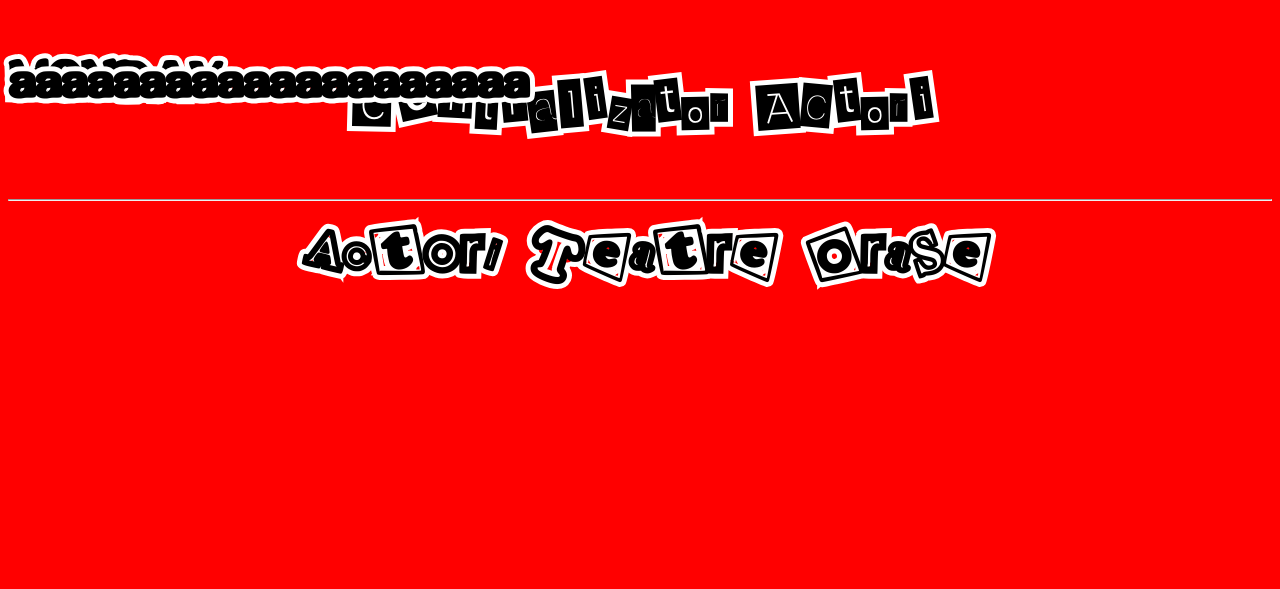
Repository: SusStefan/ActorDB
Page: Actori/src/main/webapp/index.html
An editor plug-in stored every save of this project. The page is shown before and after the next save, followed by the edit.
The browser window is 1280 px wide. The pictures show the whole page.

Above is the page before, as saved 2025-12-12 22:42:41.

After the next save:
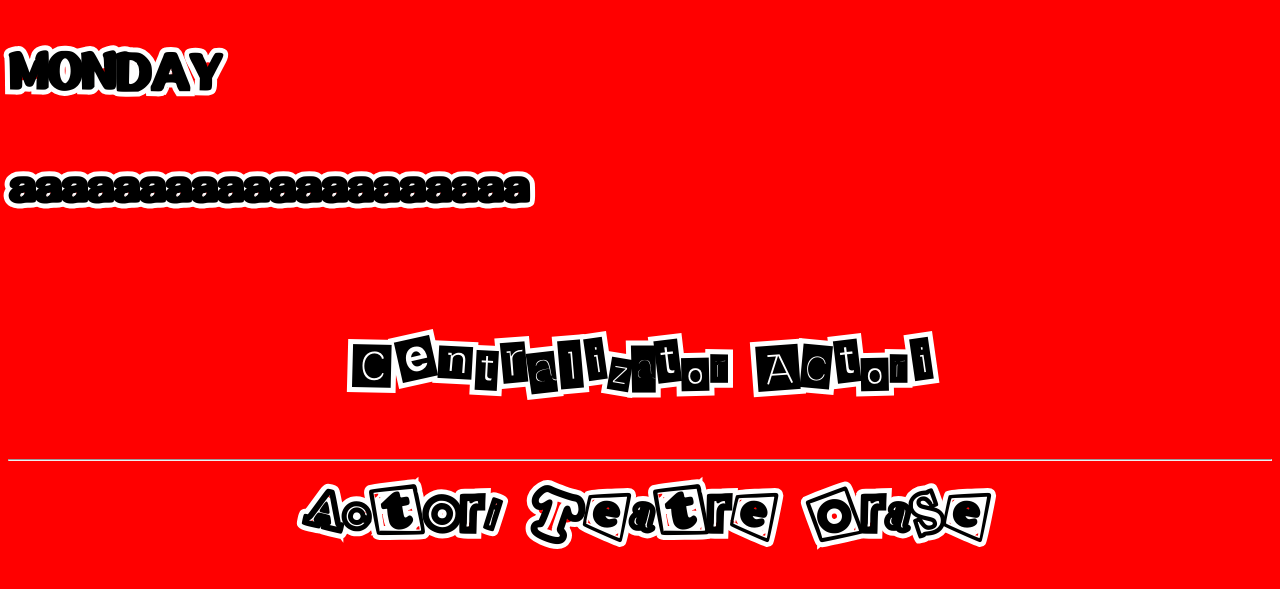
Saved 12 s later.
--- a/Actori/src/main/webapp/index.html
+++ b/Actori/src/main/webapp/index.html
@@ -78,7 +78,7 @@ and open the template in the editor.
  font-size:400%;
  }
   #time{
- position:absolute;
+
  font-family: clock;
  paint-order: stroke fill;
  color:black;
